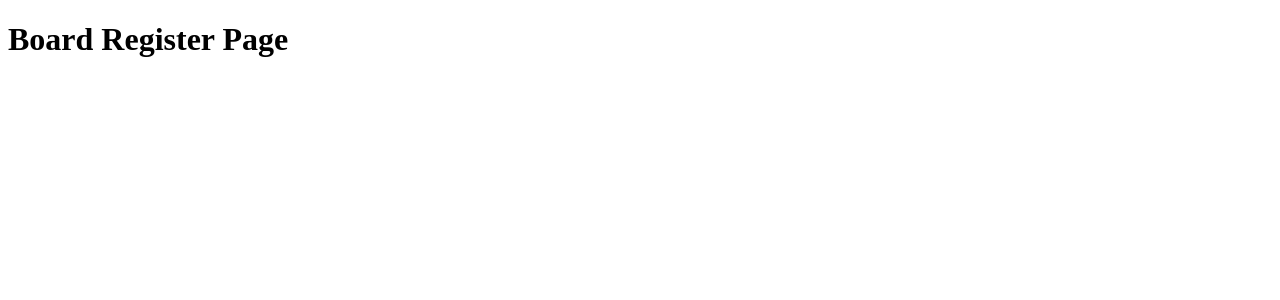
Repository: kurunai/jsp3
Page: http://localhost/jsp_boardTest/board/register.jsp
An editor plug-in stored every save of this project. The page is shown before and after the next save, followed by the edit.
The browser window is 1280 px wide. The pictures show the whole page.
The page is served by Tomcat 9.

Above is the page before, as saved 2022-08-19 02:14:16.

After the next save:
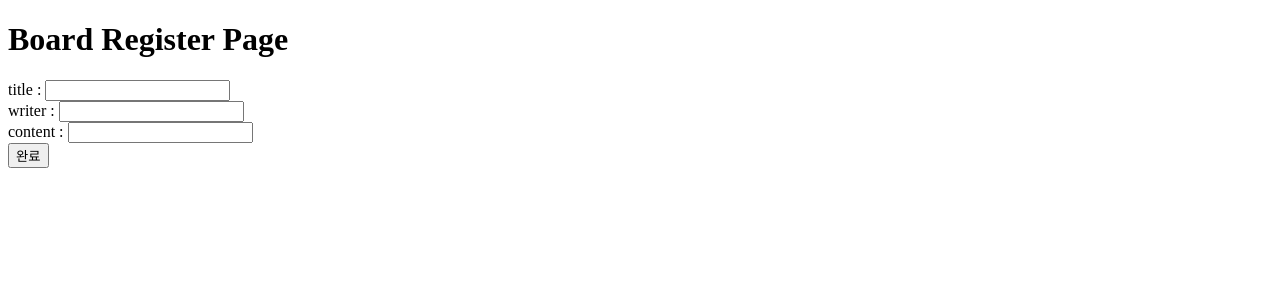
Saved 2 min 2 s later.
--- a/_jsptestwork_space/jsp_boardTest/src/main/webapp/board/register.jsp
+++ b/_jsptestwork_space/jsp_boardTest/src/main/webapp/board/register.jsp
@@ -8,6 +8,11 @@
 </head>
 <body>
 	<h1>Board Register Page</h1>
-
+	<form action="#" method="post">
+		title : <input> <br>
+		writer : <input> <br>
+		content : <input> <br>
+		<button type="submit">완료</button>
+	</form>
 </body>
 </html>
